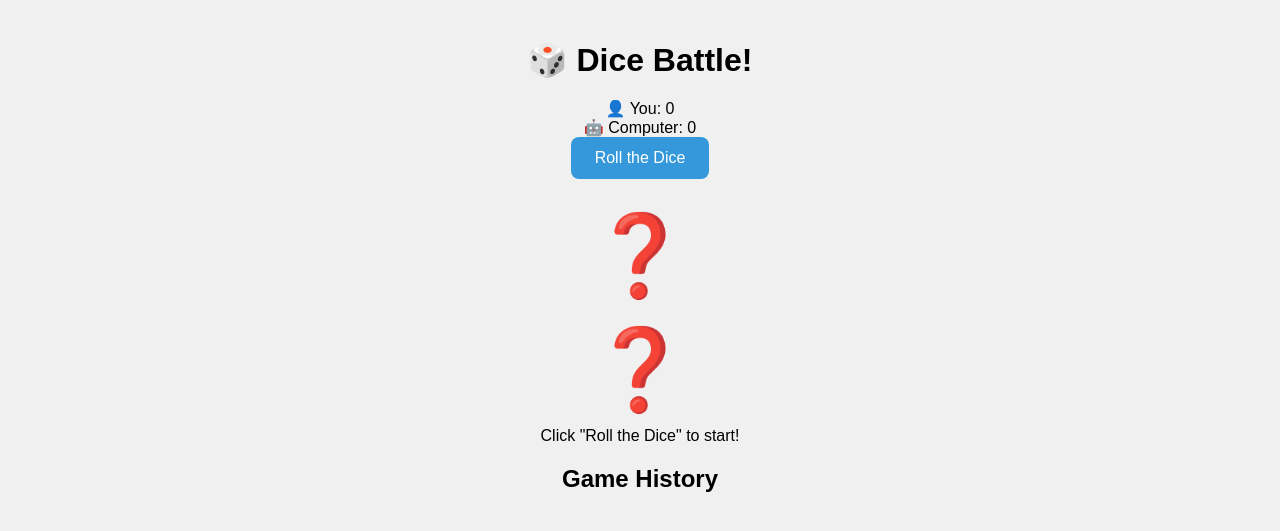
Repository: alokanand524/anand-portfolio
Page: games/dice-game/index.html
The author's editor kept a copy of each file at every save. The page is drawn from the files as they stood at one save, then again after the next save.
The browser window is 1280 px wide. The pictures show the whole page.

Above is the page before, as saved 2025-07-31 15:10:30.

### games/dice-game/index.html
<!DOCTYPE html>
<html lang="en">
<head>
  <meta charset="UTF-8">
  <title>Emoji Dice Game</title>
  <link rel="stylesheet" href="style.css">
</head>
<body>
  <div class="game-container">
    <h1>🎲 Dice Battle!</h1>

    <div class="score-board">
      <div>👤 You: <span id="player-score">0</span></div>
      <div>🤖 Computer: <span id="computer-score">0</span></div>
    </div>

    <button id="roll-btn">Roll the Dice</button>

    <div class="dice-area">
      <div class="dice" id="player-dice">❓</div>
      <div class="dice" id="computer-dice">❓</div>
    </div>

    <div class="result-text" id="result-text">Click "Roll the Dice" to start!</div>

    <h2>Game History</h2>
    <ul id="history-log"></ul>
  </div>

  <script src="https://code.jquery.com/jquery-3.7.1.min.js"></script>
  <script src="script.js"></script>
</body>
</html>

### games/dice-game/style.css
body {
  font-family: Arial, sans-serif;
  background-color: #f0f0f0;
  margin: 0;
  padding: 0;
  text-align: center;
}

.game-container {
  max-width: 600px;
  margin: auto;
  padding: 20px;
}

h1 {
  font-size: 2rem;
  margin-bottom: 20px;
}

.dice-section {
  display: flex;
  justify-content: space-around;
  flex-wrap: wrap;
  margin-bottom: 20px;
}

.player, .computer {
  flex: 1 1 40%;
  margin-bottom: 20px;
}

.dice {
  font-size: 5rem;
  padding: 10px;
  transition: transform 0.3s;
}

.dice.animate {
  transform: rotate(360deg) scale(1.2);
}

#roll-btn {
  padding: 12px 24px;
  font-size: 1rem;
  background-color: #3498db;
  color: white;
  border: none;
  border-radius: 8px;
  cursor: pointer;
  margin-bottom: 20px;
}

#roll-btn:hover {
  background-color: #2980b9;
}

#result {
  font-size: 1.2rem;
  font-weight: bold;
  margin: 10px 0 20px;
}

#history-log {
  list-style-type: none;
  padding: 0;
}

.dark-toggle {
  margin-bottom: 20px;
  display: block;
  font-size: 1rem;
}

/* Dark mode */
body.dark {
  background-color: #212121;
  color: #fff;
}

body.dark .dice {
  background-color: #21212100;
}

body.dark #roll-btn {
  background-color: #555;
}

body.dark #roll-btn:hover {
  background-color: #666;
}

@media (max-width: 600px) {
  .dice-section {
    flex-direction: column;
    align-items: center;
  }

  .dice {
    font-size: 4rem;
  }

  #roll-btn {
    width: 80%;
    font-size: 1rem;
  }
}

### games/dice-game/script.js
$(document).ready(function () {
  const diceFaces = ['⚀','⚁','⚂','⚃','⚄','⚅'];

  let playerScore = 0;
  let computerScore = 0;
  let round = 0;

  $('#roll-btn').click(function () {
    const playerRoll = Math.floor(Math.random() * 6);
    const computerRoll = Math.floor(Math.random() * 6);

    $('#player-dice').text(diceFaces[playerRoll]);
    $('#computer-dice').text(diceFaces[computerRoll]);

    let result = '';
    if (playerRoll > computerRoll) {
      result = 'You Win!';
      playerScore++;
    } else if (playerRoll < computerRoll) {
      result = 'Computer Wins!';
      computerScore++;
    } else {
      result = 'It\'s a Draw!';
    }

    $('#result-text').text(result);
    $('#player-score').text(playerScore);
    $('#computer-score').text(computerScore);

    round++;
    $('#history-log').prepend(
      `<li>🎯 Round ${round}: You ${diceFaces[playerRoll]} vs ${diceFaces[computerRoll]} → <strong>${result}</strong></li>`
    );
  });
});

After the next save:
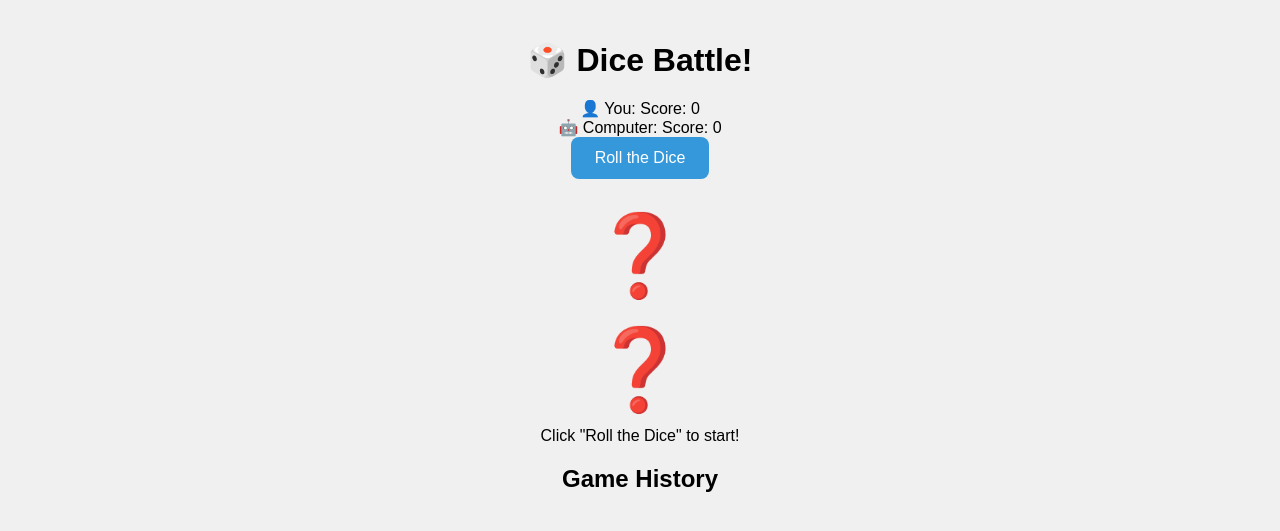
Saved 2 s later.
--- a/games/dice-game/script.js
+++ b/games/dice-game/script.js
@@ -1,35 +1,95 @@
+const diceFaces = ['⚀','⚁','⚂','⚃','⚄','⚅'];
+let playerScore = 0;
+let computerScore = 0;
+let round = 0;
+
+const rollSound = document.getElementById('roll-sound');
+const winSound = document.getElementById('win-sound');
+const loseSound = document.getElementById('lose-sound');
+
+function rollDie() {
+  // Roll returns value from 0-5
+  return Math.floor(Math.random() * 6);
+}
+
+function updateDice($elem, roll) {
+  $elem.addClass('animate').text(diceFaces[roll]);
+  setTimeout(() => $elem.removeClass('animate'), 300);
+}
+
+function updateScores() {
+  $('#player-score').text(`Score: ${playerScore}`);
+  $('#computer-score').text(`Score: ${computerScore}`);
+}
+
+function saveToLocal() {
+  localStorage.setItem('playerScore', playerScore);
+  localStorage.setItem('computerScore', computerScore);
+  localStorage.setItem('historyLog', $('#history-log').html());
+}
+
+function loadFromLocal() {
+  if (localStorage.getItem('playerScore')) {
+    playerScore = parseInt(localStorage.getItem('playerScore'));
+    computerScore = parseInt(localStorage.getItem('computerScore'));
+    $('#history-log').html(localStorage.getItem('historyLog'));
+  }
+  updateScores();
+}
+
+function playRound() {
+  rollSound.play();
+  round++;
+
+  const playerRoll = rollDie();
+  const computerRoll = rollDie();
+
+  // Show dice faces (index from 0)
+  updateDice($('#player-dice'), playerRoll);
+  updateDice($('#computer-dice'), computerRoll);
+
+  // Convert roll to real values (1–6)
+  const playerValue = playerRoll + 1;
+  const computerValue = computerRoll + 1;
+
+  let result = '';
+  if (playerValue > computerValue) {
+    playerScore++;
+    winSound.play();
+    result = '🎉 You win!';
+  } else if (playerValue < computerValue) {
+    computerScore++;
+    loseSound.play();
+    result = '😢 Computer wins!';
+  } else {
+    result = '🤝 Tie!';
+  }
+
+  $('#result').text(result);
+  $('#history-log').prepend(
+    `<li>Round ${round}: You ${diceFaces[playerRoll]} (${playerValue}) vs ${diceFaces[computerRoll]} (${computerValue}) → ${result}</li>`
+  );
+
+  updateScores();
+  saveToLocal();
+}
+
+function setupDarkMode() {
+  const toggle = $('#dark-mode-toggle');
+  const darkPref = localStorage.getItem('darkMode') === 'true';
+  if (darkPref) {
+    $('body').addClass('dark');
+    toggle.prop('checked', true);
+  }
+
+  toggle.change(function () {
+    $('body').toggleClass('dark');
+    localStorage.setItem('darkMode', $(this).is(':checked'));
+  });
+}
+
 $(document).ready(function () {
-  const diceFaces = ['⚀','⚁','⚂','⚃','⚄','⚅'];
-
-  let playerScore = 0;
-  let computerScore = 0;
-  let round = 0;
-
-  $('#roll-btn').click(function () {
-    const playerRoll = Math.floor(Math.random() * 6);
-    const computerRoll = Math.floor(Math.random() * 6);
-
-    $('#player-dice').text(diceFaces[playerRoll]);
-    $('#computer-dice').text(diceFaces[computerRoll]);
-
-    let result = '';
-    if (playerRoll > computerRoll) {
-      result = 'You Win!';
-      playerScore++;
-    } else if (playerRoll < computerRoll) {
-      result = 'Computer Wins!';
-      computerScore++;
-    } else {
-      result = 'It\'s a Draw!';
-    }
-
-    $('#result-text').text(result);
-    $('#player-score').text(playerScore);
-    $('#computer-score').text(computerScore);
-
-    round++;
-    $('#history-log').prepend(
-      `<li>🎯 Round ${round}: You ${diceFaces[playerRoll]} vs ${diceFaces[computerRoll]} → <strong>${result}</strong></li>`
-    );
-  });
+  setupDarkMode();
+  loadFromLocal();
+  $('#roll-btn').click(playRound);
 });
